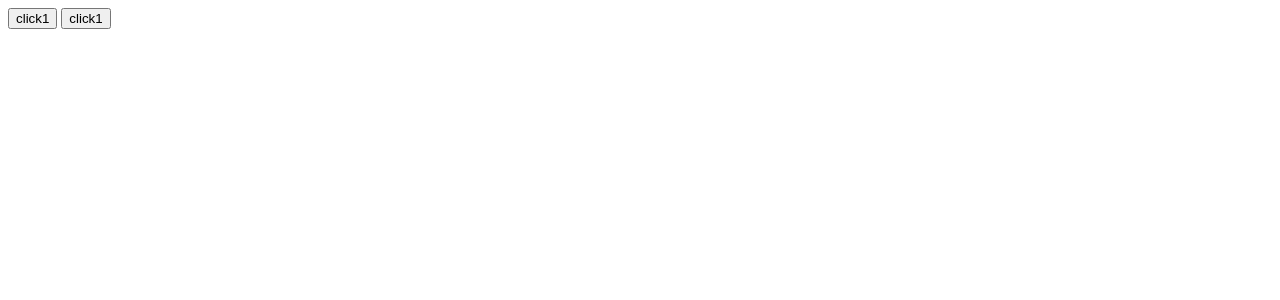
Repository: Jeong43/WebStudy
Page: JsonApp/WebContent/JsonTest08.html
An editor plug-in stored every save of this project. The page is shown before and after the next save, followed by the edit.
The browser window is 1280 px wide. The pictures show the whole page.

Above is the page before, as saved 2021-12-09 02:17:53.

After the next save:
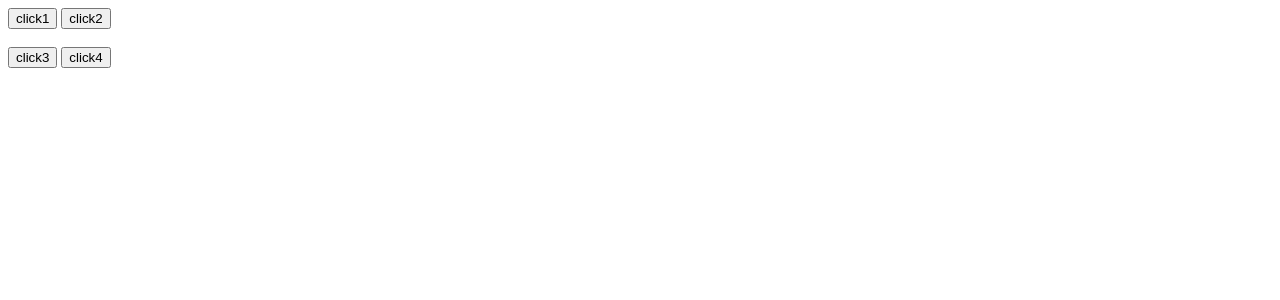
Saved 54 s later.
--- a/JsonApp/WebContent/JsonTest08.html
+++ b/JsonApp/WebContent/JsonTest08.html
@@ -30,7 +30,15 @@
 	<input type="button" value="click1" onclick="alert(myJsonObj8)" />
 	<!-- [object Object] -->
 
-	<input type="button" value="click1" onclick="alert(typeof myJsonObj8)" />
+	<input type="button" value="click2" onclick="alert(typeof myJsonObj8)" />
+	<!-- object -->
+
+	<br /><br />
+
+	<input type="button" value="click3" onclick="alert(myJsonObj8.test)" />
+
+	<input type="button" value="click4" onclick="alert(typeof myJsonObj8.test)" />
+
 </form>
 
 </body>
